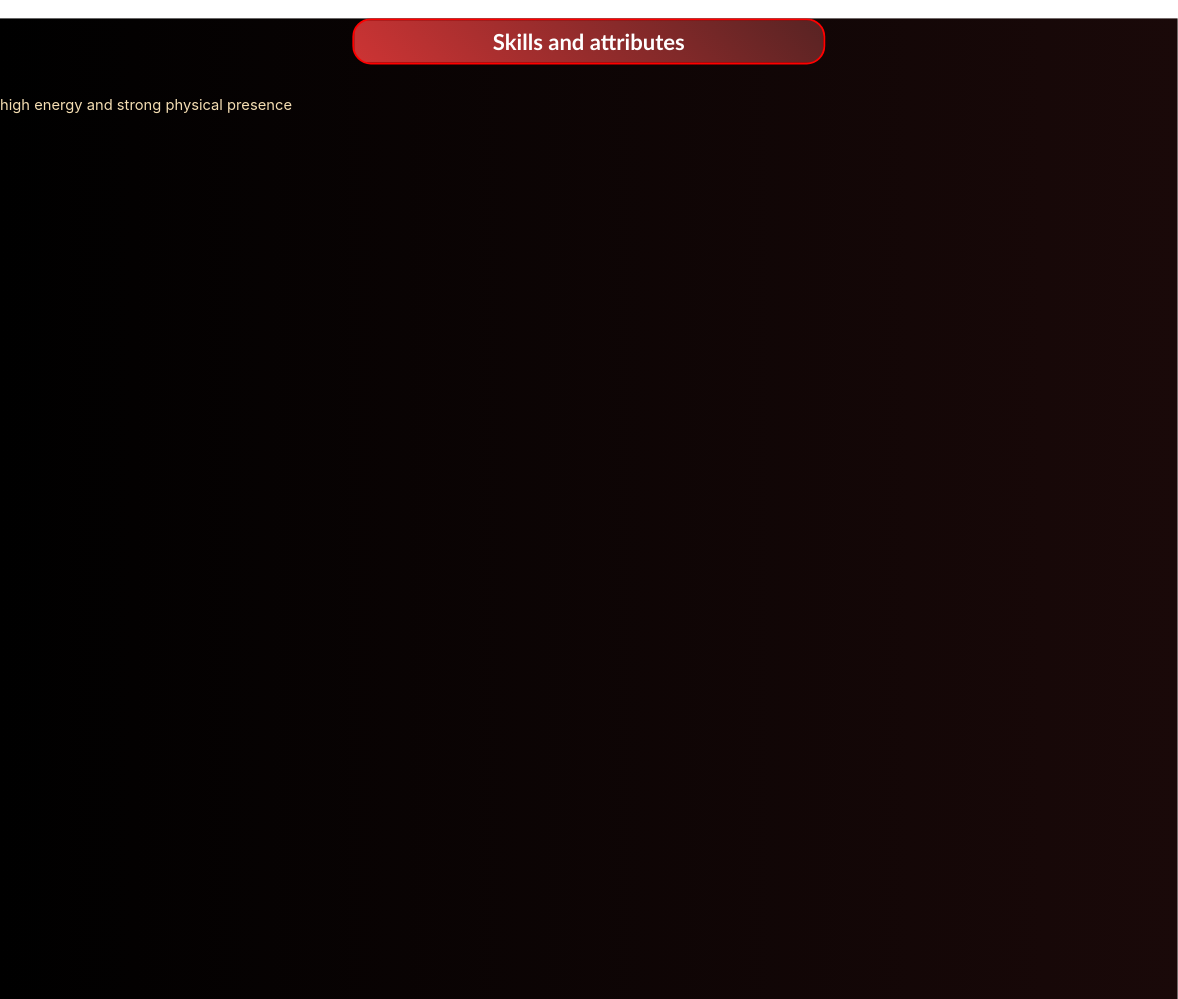
Repository: TMuse333/resume1
Page: /
An editor plug-in stored every save of this project. The page is shown before and after the next save, followed by the edit.
The browser window is 1280 px wide. The pictures show the whole page, at 92% of full size.
The project was rebuilt for these pictures with package versions that can differ from the ones it lists, and the page was loaded fresh each time. Also part of the build but not shown: vite.config.js, src/components/navbar.jsx, src/components/about.jsx, src/components/contact.jsx, src/components/footer.jsx, src/components/experience.jsx, src/components/carousel.jsx, src/components/experienceCarousel.jsx and 4 more. Imported but missing from the stored project, and not drawn on this page: src/images/best_dunk.mp4.

Above is the page before, as saved 2023-10-18 14:53:00.

After the next save:
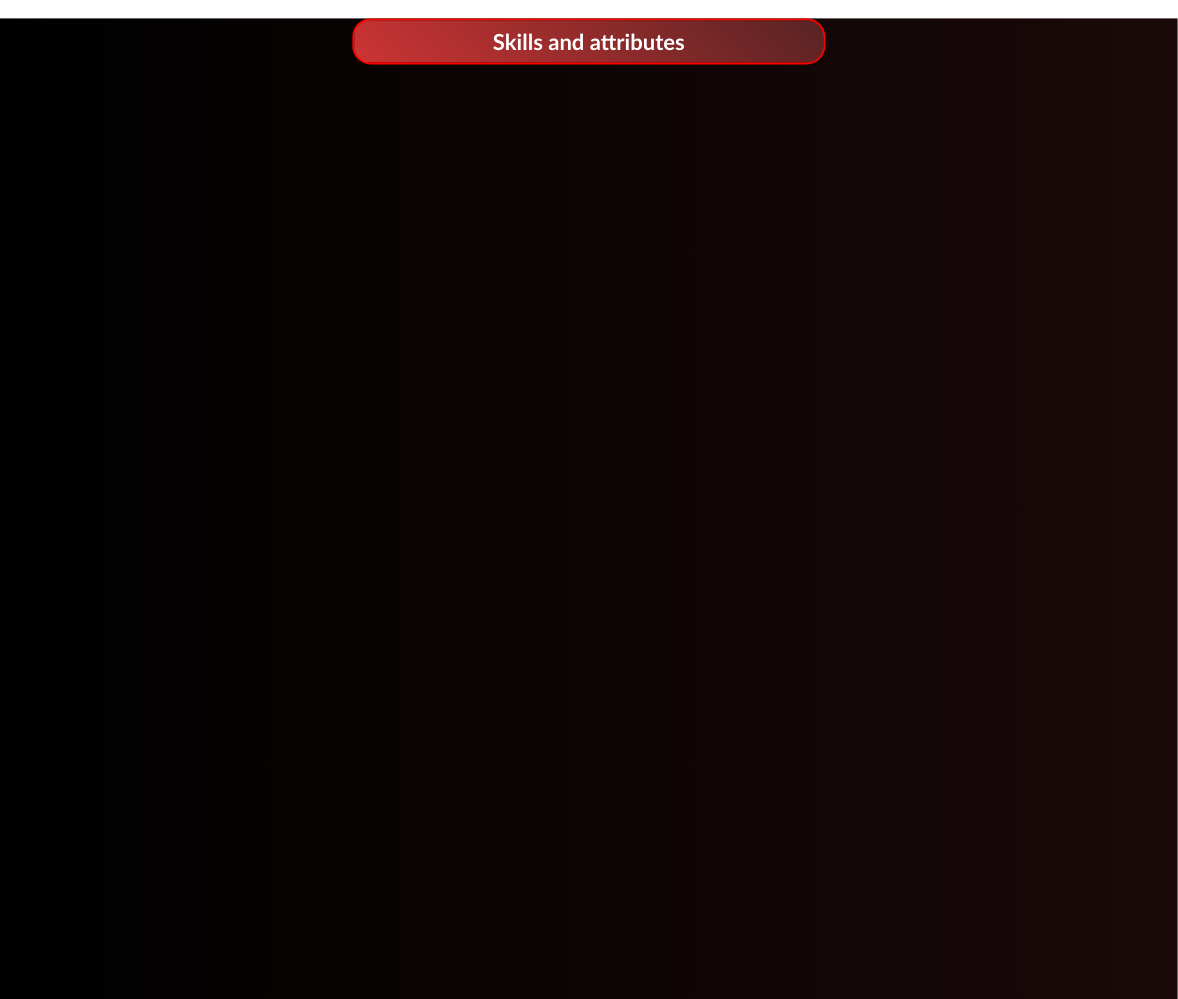
Saved 40 s later.
--- a/src/components/skills.jsx
+++ b/src/components/skills.jsx
@@ -112,7 +112,7 @@ const Skills = () => {
             className="attribute-container"
             variants={staggerVariants}
             initial="hidden"
-            animate={skillsInView[index] ? 'visible' : 'hidden'}
+          //  animate={skillsInView[index] ? 'visible' : 'hidden'}
             custom={index}
             style={style(index)}
 
